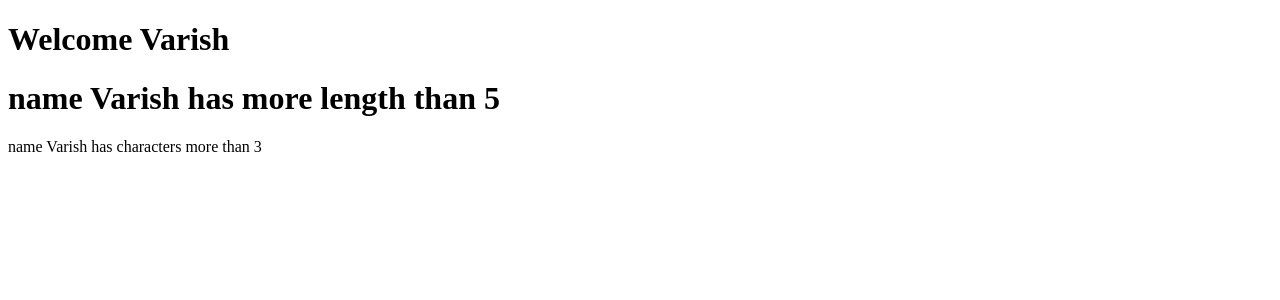
Repository: valletivarish/monojsp
Page: http://localhost/05-jsp-jstl-tags-demo/jstl-tags-demo.jsp
An editor plug-in stored every save of this project. The page is shown before and after the next save, followed by the edit.
The browser window is 1280 px wide. The pictures show the whole page.
The page is served by Tomcat 9. Other server files are loaded and not shown.

Above is the page before, as saved 2024-07-15 10:17:00.

### 05-jsp-jstl-tags-demo/WebContent/jstl-tags-demo.jsp
<%@ page language="java" contentType="text/html; charset=ISO-8859-1"
    pageEncoding="ISO-8859-1"%>
<%@ taglib uri="http://java.sun.com/jsp/jstl/core" prefix="c"%>
<%@ taglib uri="http://java.sun.com/jsp/jstl/functions" prefix="fn"%>
<!DOCTYPE html>
<html>
<head>
<meta charset="ISO-8859-1">
<title>Insert title here</title>
</head>
<body>
	<c:set var="name" value="Varish"></c:set>
	<h1>Welcome ${name}</h1>

	<c:if test="${name.length()>=5}">
		<h1>name ${name} has more length than 5</h1>
	</c:if>

	<c:choose>
		<c:when test="${name.length()>=3}">
			name ${name} has characters more than 3
		</c:when>
		<c:otherwise>
			it has less characters
		</c:otherwise>
	</c:choose>
</body>
</html>

After the next save:
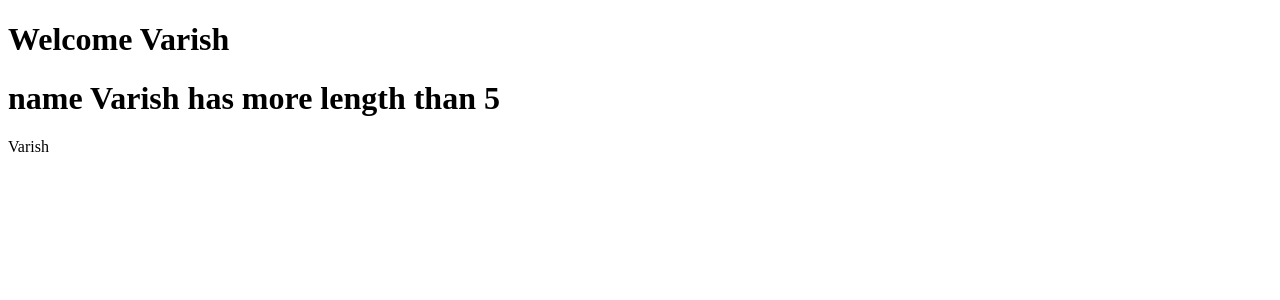
Saved 55 s later.
--- a/05-jsp-jstl-tags-demo/WebContent/jstl-tags-demo.jsp
+++ b/05-jsp-jstl-tags-demo/WebContent/jstl-tags-demo.jsp
@@ -17,6 +17,9 @@
 	</c:if>
 
 	<c:choose>
+		<c:when test="${name.length()>=1}">
+			${name}
+		</c:when>
 		<c:when test="${name.length()>=3}">
 			name ${name} has characters more than 3
 		</c:when>

After the save that followed:
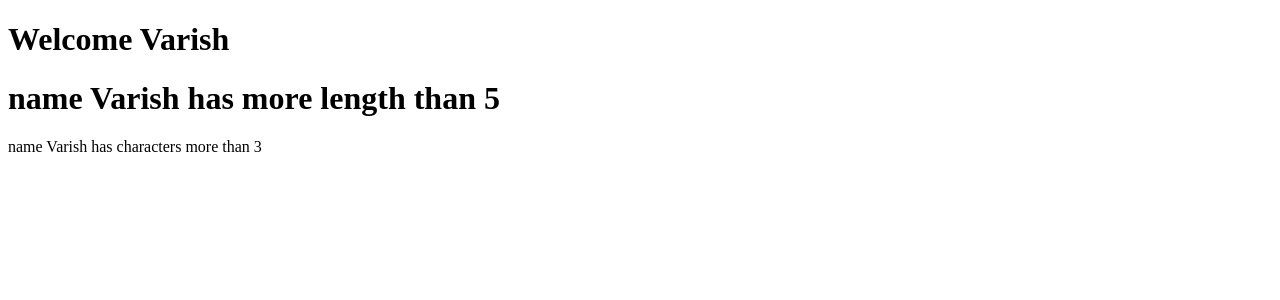
Saved 26 s later.
--- a/05-jsp-jstl-tags-demo/WebContent/jstl-tags-demo.jsp
+++ b/05-jsp-jstl-tags-demo/WebContent/jstl-tags-demo.jsp
@@ -17,7 +17,7 @@
 	</c:if>
 
 	<c:choose>
-		<c:when test="${name.length()>=1}">
+		<c:when test="${name.equals('varish')}">
 			${name}
 		</c:when>
 		<c:when test="${name.length()>=3}">
